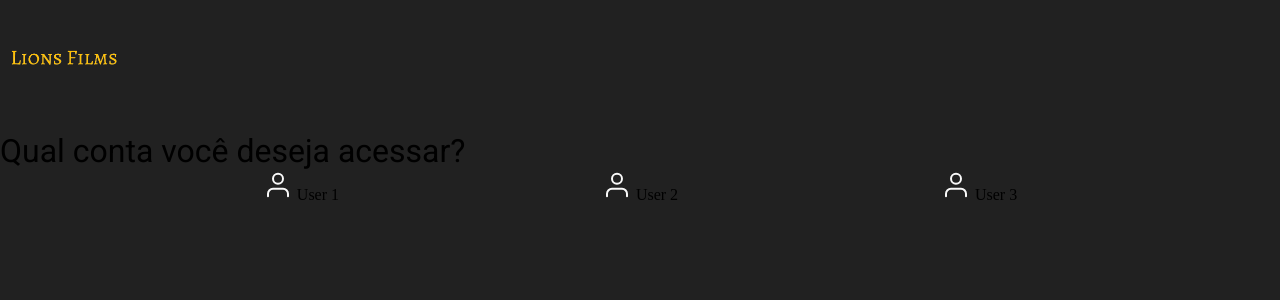
Repository: Leonngc/streaming-project
Page: index.html
The author's editor kept a copy of each file at every save. The page is drawn from the files as they stood at one save, then again after the next save.
The browser window is 1280 px wide. The pictures show the whole page.
The style sheet was rebuilt from its Sass, Less or Tailwind sources for each picture, by a compiler version that may differ from the author's.

Above is the page before, as saved 2023-09-02 12:38:07.

### index.html
<!DOCTYPE html>
<html lang="pt">
<head>
    <meta charset="UTF-8">
    <meta name="viewport" content="width=device-width, initial-scale=1.0">
    <title>Tela de Login</title>
    <link rel="stylesheet" href="styles/style.css">
</head>
<body>
    <header>
        <img src="streaming-assets/logo.png" alt="" class="logo small-container">
    </header>
    <main>
        <h1 class="roboto f400 font-title">Qual conta você deseja acessar?</h1>
        <div class="user-container flex align-center justify-space-evenly">
            <div class="users">
                <a href=""><img src="streaming-assets/user.svg" alt=""></a>
                <span>User 1</span>
            </div>
            <div class="users">
                <a href=""><img src="streaming-assets/user.svg" alt=""></a>
                <Span>User 2</Span>
            </div>
            <div class="users">
                <a href=""><img src="streaming-assets/user.svg" alt=""></a>
                <span>User 3</span>
            </div>
        </div>
    </main>
</body>
</html>

### styles/style.scss
@use "_core.scss";
@use "_layout.scss";

*{
    padding: 0;
    margin: 0;
    box-sizing: border-box;
}

body{
    background-color: core.$eerie-black;
}

### styles/_core.scss
//CDN Google Fonts
@import url('https://fonts.googleapis.com/css2?family=Roboto:ital,wght@0,100;0,300;0,400;0,500;0,700;0,900;1,100;1,300;1,400;1,500;1,700;1,900&display=swap');
// CORES

$yellow-amber: #ffc107;
$eerie-black: #212121;
$white: #fff;
$pigment-green: #4CAF50;
$giants-orange: #FF5722;

// Fonts
.roboto{ font-family: Roboto, 'sans-serif';}
.font-small{font-size:.8rem;}
.font-base{font-size: 1rem;}
.font-title{ font-size: 2rem;}

.f100{font-weight: 100;}
.f200{font-weight: 200;}
.f300{font-weight: 300;}
.f400{font-weight: 400;}
.f500{font-weight: 500;}
.bold{font-weight: bold;}
.lighter{font-weight: lighter;}
// Tamanhos
    // Widths
.small-container{width:10vw;}
.midle-container{width:50vw;}
.max-container{width:100vw;}

    // heights
.small-height{height:30vh;}
.midle-height{height:50vh;}
.max-height{height: 100vh;}

### styles/_layout.scss
//Flexbox

.flex {
  display: flex;
  align-items: center;
}

.justify-center{justify-content: center;}
.justify-space-around{justify-content: space-around;}
.justify-space-between{justify-content: space-between;}
.justify-space-evenly{justify-content: space-evenly;}
.justify-left{justify-content: left;}
.justify-right{justify-content: right;}
.align-center{align-items: center;}
.inline-flex {
  display: inline-flex;
}

.block {
  display: block;
}

.grid {
  display: grid;
}

.grid-two-columns {
  display: grid;
  grid-template-columns: 50% 50%;
}


//Margins

.m{margin: 2rem;}

.m-5{margin: 5rem;}

.m-6{margin: 6rem;}

.m-7{margin: 7rem;}

.m-8{margin: 8rem;}

.m-9{margin: 9rem;}

.m-10{margin: 10rem;}

.m-11{margin: 11rem;}

.m-12{margin: 12rem;}

.m-auto{margin: auto;}

.ml{margin-left: 1rem;}

.ml-2{margin-left: 2rem;}

.ml-3{margin-left: 3rem;}

.ml-4{margin-left: 4rem;}

.ml-5{margin-left: 5rem;}

.ml-6{margin-left:6rem;}

.ml-7{margin-left: 7rem;}

.ml-8{margin-left: 8rem;}

.ml-9{margin-left: 9rem;}

.ml-10{margin-left: 10rem;}

.ml-11{margin-left: 11rem;}

.ml-12{margin-left: 12rem;}

.mr{margin-right: 1rem;}

.mr-2{margin-right: 2rem;}

.mr-3{margin-right: 3rem;}

.mr-4{margin-right: 4rem;}

.mr-5{margin-right: 5rem;}

.mr-6{margin-right:6rem;}

.mr-7{margin-right: 7rem;}

.mr-8{margin-right: 8rem;}

.mr-9{margin-right: 9rem;}

.mr-10{margin-right: 10rem;}

.mr-11{margin-right: 11rem;}

.mr-12{margin-right: 12rem;}

.mt{margin-top: 1rem;}

.mt-2{margin-top: 2rem;}

.mt-3{margin-top: 3rem;}

.mt-4{margin-top: 4rem;}

.mt-5{margin-top: 5rem;}

.mt-6{margin-top:6rem;}

.mt-7{margin-top: 7rem;}

.mt-8{margin-top: 8rem;}

.mt-9{margin-top: 9rem;}

.mt-10{margin-top: 10rem;}

.mt-11{margin-top: 11rem;}

.mt-12{margin-top: 12rem;}

.mb{margin-bottom: 1rem;}

.mb-2{margin-bottom: 2rem;}

.mb-3{margin-bottom: 3rem;}

.mb-4{margin-bottom: 4rem;}

.mb-5{margin-bottom: 5rem;}

.mb-6{margin-bottom:6rem;}

.mb-7{margin-bottom: 7rem;}

.mb-8{margin-bottom: 8rem;}

.mb-9{margin-bottom: 9rem;}

.mb-10{margin-bottom: 10rem;}

.mb-11{margin-bottom: 11rem;}

.mb-12{margin-bottom: 12rem}

// Paddings

.p{padding: 2rem;}

.p-5{padding: 5rem;}

.p-6{padding: 6rem;}

.p-7{padding: 7rem;}

.p-8{padding: 8rem;}

.p-9{padding: 9rem;}

.p-10{padding: 10rem;}

.p-11{padding: 11rem;}

.p-12{padding: 12rem;}

.p-auto{padding: auto;}

.pl{padding-left: 2rem;}

.pl-5{padding-left: 5rem;}

.pl-6{padding-left: 6rem;}

.pl-7{padding-left: 7rem;}

.pl-8{padding-left: 8rem;}

.pl-9{padding-left: 9rem;}

.pl-10{padding-left: 10rem;}

.pl-11{padding-left: 11rem;}

.pl-12{padding-left: 12rem;}


.pr{padding-right: 2rem;}

.pr-5{padding-right: 5rem;}

.pr-6{padding-right: 6rem;}

.pr-7{padding-right: 7rem;}

.pr-8{padding-right: 8rem;}

.pr-9{padding-right: 9rem;}

.pr-10{padding-right: 10rem;}

.pr-11{padding-right: 11rem;}

.pr-12{padding-right: 12rem;}

.pt{padding-top: 2rem;}

.pt-5{padding-top: 5rem;}

.pt-6{padding-top: 6rem;}

.pt-7{padding-top: 7rem;}

.pt-8{padding-top: 8rem;}

.t-9{padding-top: 9rem;}

.pt-10{padding-top: 10rem;}

.pt-11{padding-top: 11rem;}

.pt-12{padding-top: 12rem;}


.pb{padding-bottom: 2rem;}

.pb-5{padding-bottom: 5rem;}

.pb-6{padding-bottom: 6rem;}

.pb-7{padding-bottom: 7rem;}

.pb-8{padding-bottom: 8rem;}

.pb-9{padding-bottom: 9rem;}

.pb-10{padding-bottom: 10rem;}

.pb-11{padding-bottom: 11rem;}

.pb-12{padding-bottom: 12rem;}

After the next save:
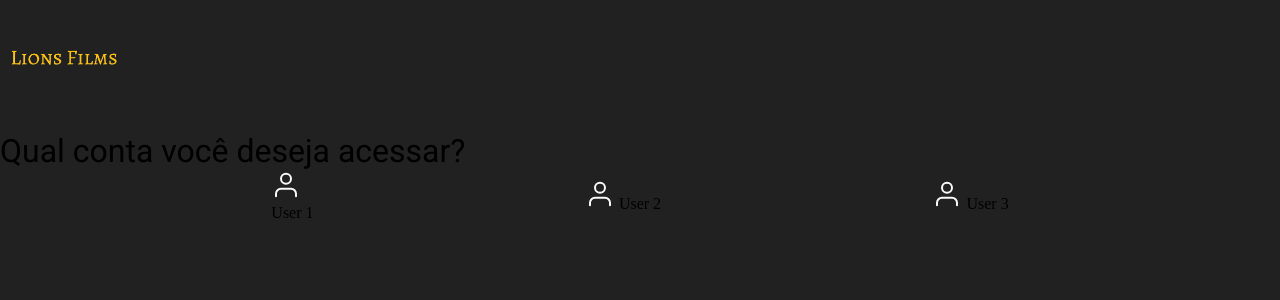
Saved 23 s later.
--- a/index.html
+++ b/index.html
@@ -14,7 +14,7 @@
         <h1 class="roboto f400 font-title">Qual conta você deseja acessar?</h1>
         <div class="user-container flex align-center justify-space-evenly">
             <div class="users">
-                <a href=""><img src="streaming-assets/user.svg" alt=""></a>
+                <div class="|"><a href=""><img src="streaming-assets/user.svg" alt=""></a></div>
                 <span>User 1</span>
             </div>
             <div class="users">
